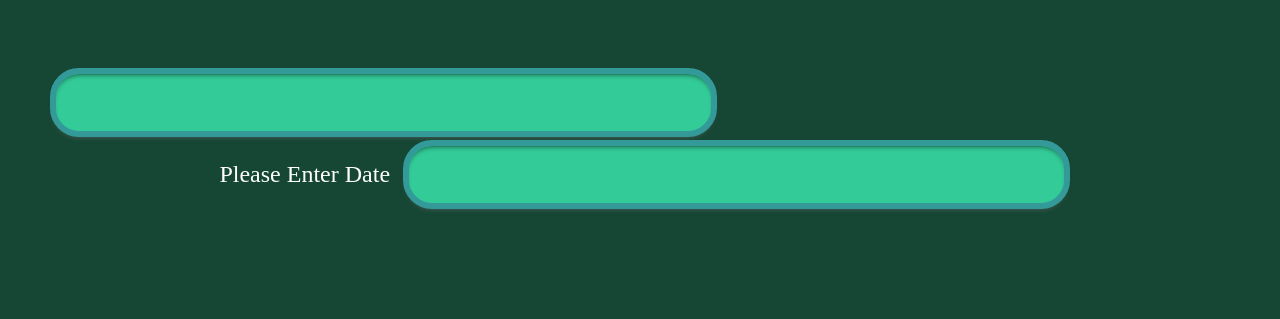
Repository: prajaktamore/Web-Based-Programming-3
Page: http://localhost/BinaryCalculator/submittal.jsp
These files come from the project's save history. The page is drawn as it stood at one moment and after the next save; the edit follows.
The browser window is 1280 px wide. The pictures show the whole page.
The page is served by Tomcat 9.

Above is the page before, as saved 2014-05-03 07:32:57.

After the next save:
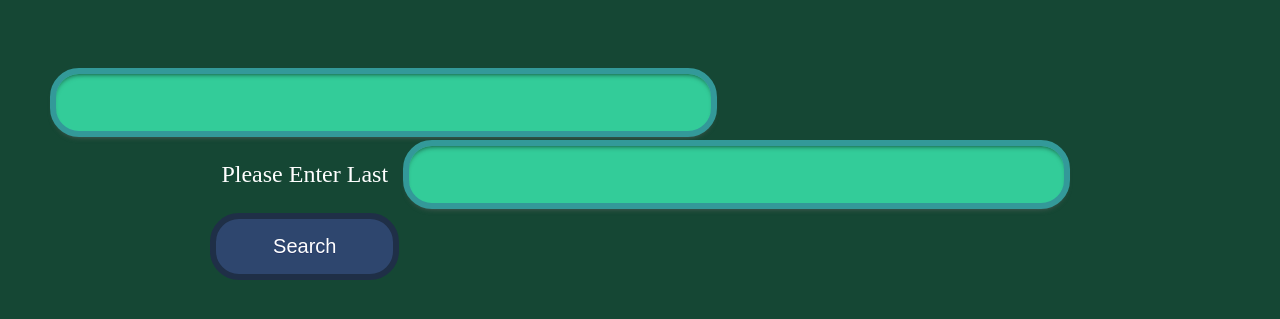
Saved 11 s later.
--- a/BinaryCalculator/WebContent/submittal.jsp
+++ b/BinaryCalculator/WebContent/submittal.jsp
@@ -15,11 +15,11 @@
   <table width="page" align="center" >
 
 					<tr>
-					  <td height="40" align="center"> <label style="color:#ffffff;font-size:24px" >Please Enter Date</label> </td>
+					  <td height="40" align="center"> <label style="color:#ffffff;font-size:24px" >Please Enter Last</label> </td>
              			 <td align="center"> <input id="lastname" name="lastname" type="text" style ="background: #33CC99; height:55px; width: 600px;text-align:right;font-size:35px; border-radius: 2em; border:6px solid #339999;border-radius:29px; color: #fff; padding-left: 1.5em; outline: none; box-shadow: 0 4px 6px -5px hsl(0, 0%, 40%), inset 0px 4px 6px -5px hsl(0, 0%, 2%)"/></td>
  					</tr>
   					<tr>
-						<td align="center"><input type="submit" name="Search" value="Search" style="visibility:hidden;background-color: #2e466e; color: #ffff; border-radius: 10px;border:6px solid #1f2f47;border-radius:29px;padding:16px 57px;text-shadow:0px 1px 0px #263666;font-size:20px;">
+						<td align="center"><input type="submit" name="Search" value="Search" style="background-color: #2e466e; color: #ffff; border-radius: 10px;border:6px solid #1f2f47;border-radius:29px;padding:16px 57px;text-shadow:0px 1px 0px #263666;font-size:20px;">
 					</tr>
  </table>
  </form>
